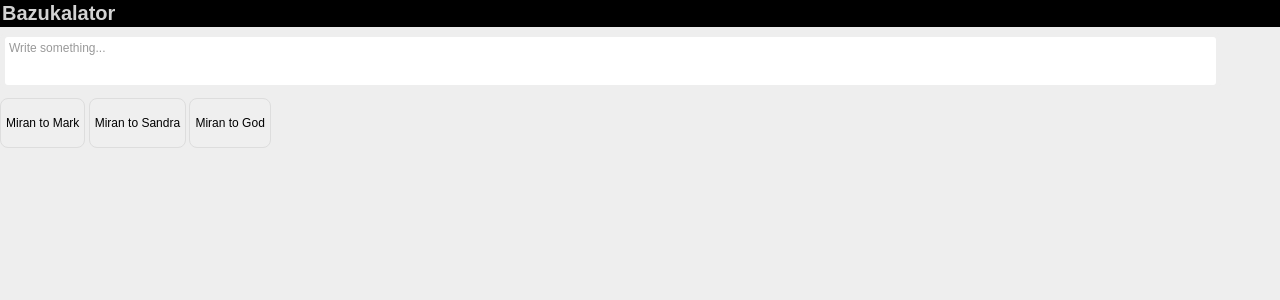
Repository: mbadzak/bazukalator
Page: Bazukalator/assets/www/index.html
An editor plug-in stored every save of this project. The page is shown before and after the next save, followed by the edit.
The browser window is 1280 px wide. The pictures show the whole page.

Above is the page before, as saved 2012-10-14 06:22:50.

After the next save:
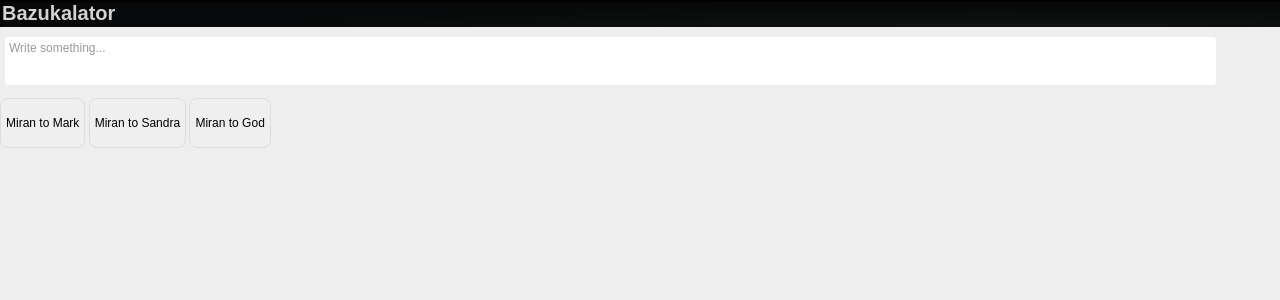
Saved 7 min 41 s later.
--- a/Bazukalator/assets/www/index.html
+++ b/Bazukalator/assets/www/index.html
@@ -56,6 +56,10 @@ select {
 	color: lightgray;
 	background: black;
 	padding: 2px;
+	background-image: url(img/gr1.png);
+	background-size: 100%;
+	background-attachment: fixed;
+	background-repeat: repeat-x;
 }
 .generic_box,
 .generic_box_blank {
